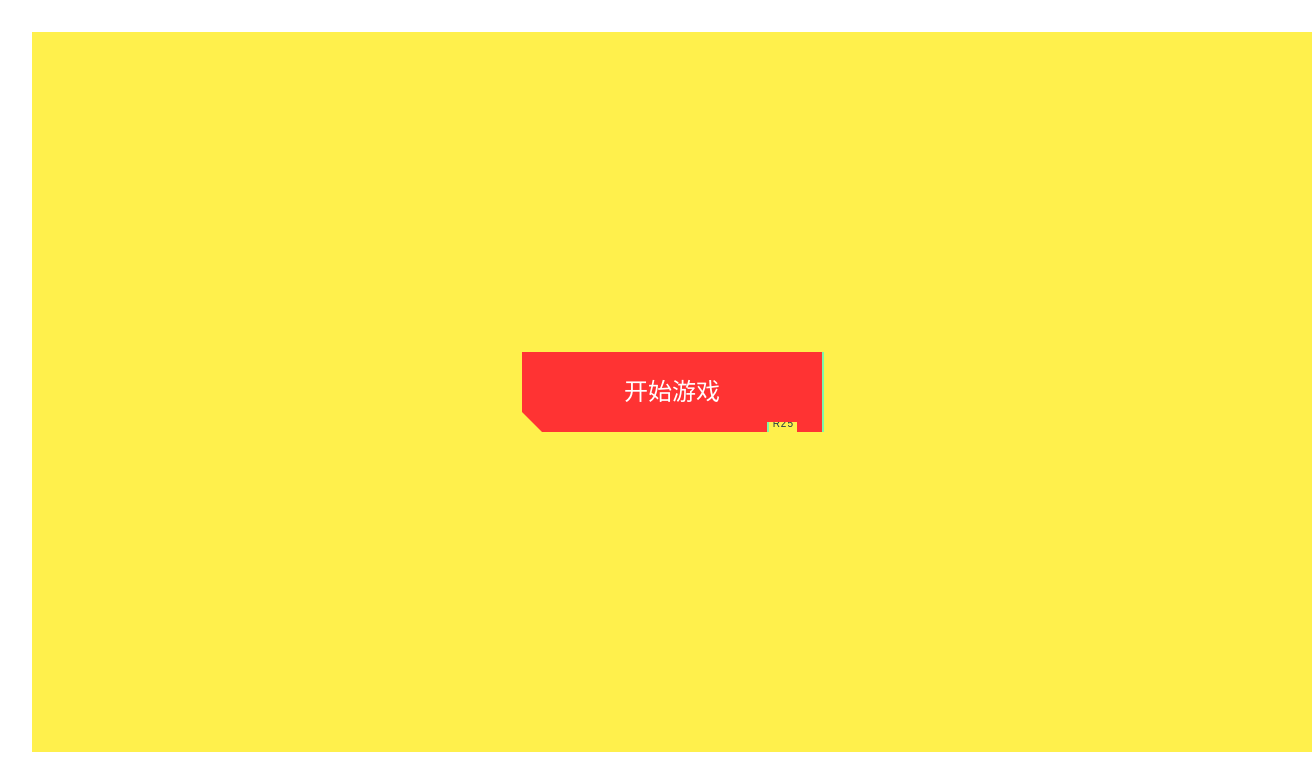
Repository: yezhonghu0503/brainstorming
Page: /
The author's editor kept a copy of each file at every save. The page is drawn from the files as they stood at one save, then again after a run of saves.
The browser window is 1280 px wide. The page is 1312 px wide, so the pictures cover 1312 px, including what lies to the right of the window. The pictures show the whole page.
The project was rebuilt for these pictures with package versions that can differ from the ones it lists, and the page was loaded fresh each time. Also part of the build but not shown: vite.config.ts.

Above is the page before, as saved 2022-10-11 14:45:46.

After the next 2 saves:
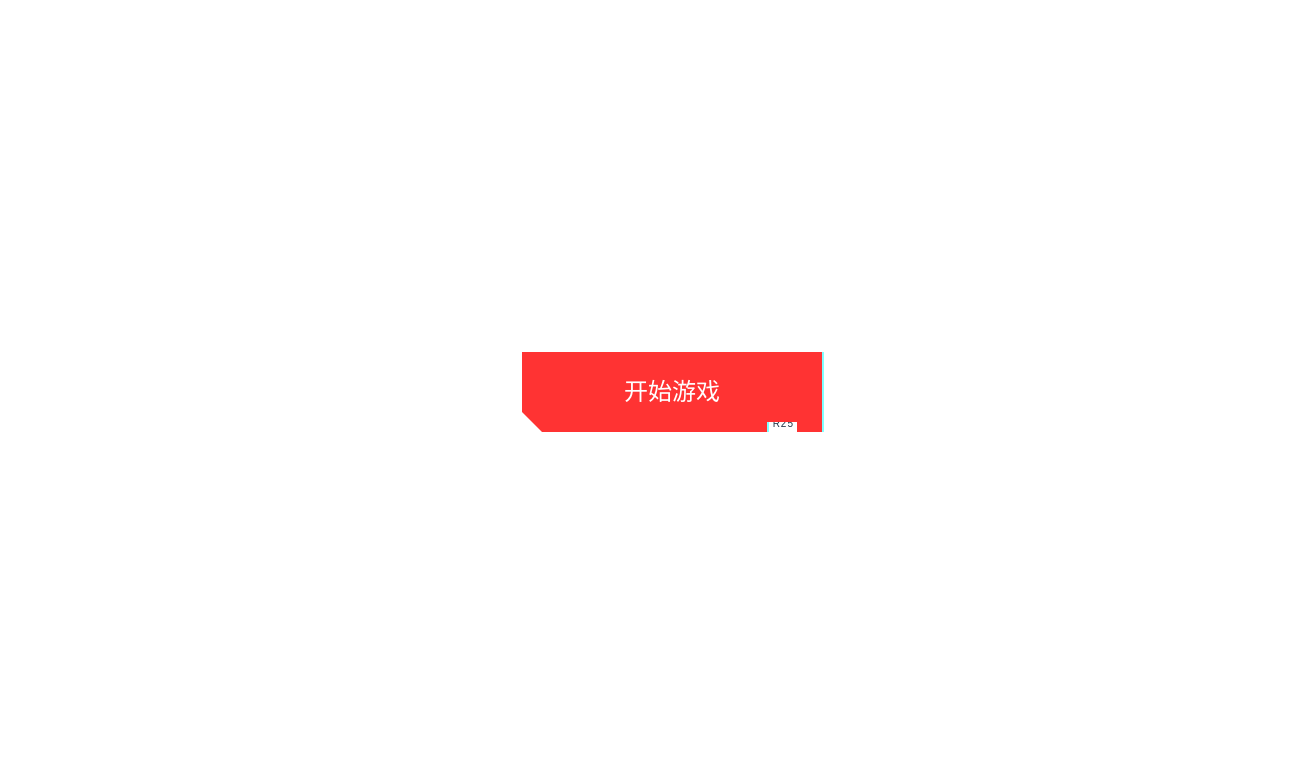
The 2 saves are shown as one change because they came seconds apart.
The last was saved 29 s later.
--- a/src/views/login/index.vue
+++ b/src/views/login/index.vue
@@ -23,7 +23,7 @@
 }
 
 main {
-  background: hsl(55, 100%, 65%);
+
   width: 100vw;
   height: 100vh;
   display: flex;
